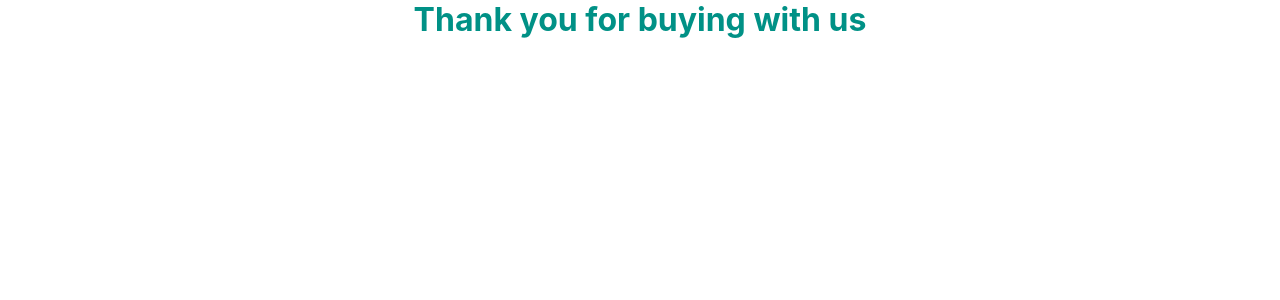
Repository: Yowani24/ecocarbon
Page: /successPage
The author's editor kept a copy of each file at every save. The page is drawn from the files as they stood at one save, then again after the next save.
The browser window is 1280 px wide. The pictures show the whole page.
The project was rebuilt for these pictures with package versions that can differ from the ones it lists, and the page was loaded fresh each time. The framework's server and built-in components were replaced by stand-ins that run in the browser. Also part of the build but not shown: next.config.js.

Above is the page before, as saved 2021-09-29 20:37:39.

### pages/_app.js
import '../styles/globals.css'
import { CreditProvider } from './product/CreditList'

function MyApp({ Component, pageProps }) {
  return (
    <CreditProvider>
      <Component {...pageProps} />
    </CreditProvider>
  )
}

export default MyApp

### pages/successPage.js
import React from 'react';

export default function successPage(props) {
    return (
        <div className="thank_you_message">
            <h1>Thank you for buying with us</h1>
        </div>
    );
}

### styles/globals.css
html,
body {
  padding: 0;
  margin: 0;
  font-family: -apple-system, BlinkMacSystemFont, Segoe UI, Roboto, Oxygen,
    Ubuntu, Cantarell, Fira Sans, Droid Sans, Helvetica Neue, sans-serif;
}

a {
  color: inherit;
  text-decoration: none;
}

* {
  margin: 0;
  box-sizing: border-box;
}

.thank_you_message{
  display: flex;
  justify-content: center;
  align-items: center;
  color: #009186;
}

### pages/product/CreditList.js
import React, { useState, createContext } from 'react';

export const CreditList = createContext();

export const CreditProvider = (props) => {
    const [credit, setCredit] = useState([
        {
            id: '1',
            product: 'Carbon Credit',
            price: 120,
            description: 'More details goes here like description',
        },
        {
            id: '2',
            product: 'Carbon Credit',
            price: 120,
            description: 'More details about the product'
        },
        {
            id: '3',
            product: 'Carbon Credit',
            price: 120,
            description: 'More details for the items'
        },
        {
            id: '4',
            product: 'Carbon Credit',
            price: 120,
            description: 'More details to provide about carb cred',
        }

    ]);

    const [cartItems, setCartItems] = useState([]);

    const onAdd = (credit) => {
        const exist = cartItems.find((x) => x.id === credit.id);
        if(exist) {
            setCartItems(cartItems.map((x) => x.id === credit.id ? {...exist, quantity: exist.quantity + 1} : x));
        }else{
            setCartItems([...cartItems, {...credit, quantity: 1}])
        }
    }

    const onRemove = (credit) => {
        const exist = cartItems.find((x) => x.id === credit.id);
        if(exist.quantity === 1) {
            setCartItems(cartItems.filter((x) => x.id !== credit.id));
        }else{
            setCartItems(cartItems.map((x) => x.id === credit.id ? {...exist, quantity: exist.quantity - 1} : x));
        }
    }

    return (
        <CreditList.Provider value={{credits:[credit, setCredit], cartContent:[cartItems, setCartItems], onAdd: onAdd, onRemove:onRemove }}>
            {props.children}
        </CreditList.Provider>
    );
}

After the next save:
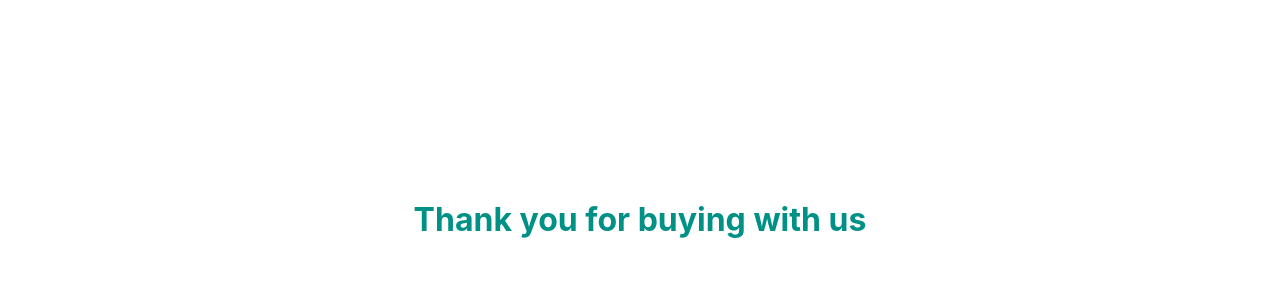
Saved 58 s later.
--- a/styles/globals.css
+++ b/styles/globals.css
@@ -21,4 +21,5 @@ a {
   justify-content: center;
   align-items: center;
   color: #009186;
+  padding-top: 200px;
 }
